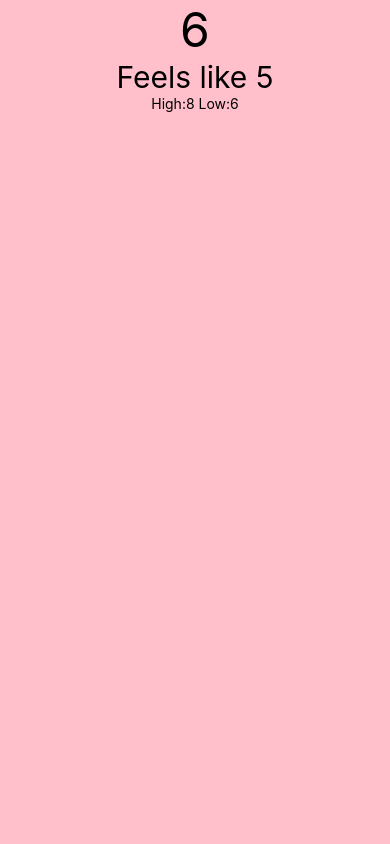
Repository: RossDee/WeatherApp
Screen: /
These files come from the project's save history. The screen is drawn as it stood at one moment and after the next save; the edit follows.
The app was drawn by React Native's web renderer in a window 390 px wide. The project was rebuilt for these pictures with package versions that can differ from the ones it lists, and the page was loaded fresh each time.

Above is the screen before, as saved 2023-10-14 20:59:53.

### App.js
import React from 'react';
import { SafeAreaView, StyleSheet, Text, View } from 'react-native';

const App = () => {
  return (
    <SafeAreaView style = {style.wrapper}>
    <View style = {style.container}>
      <Text style={style.temp} >6</Text>
      <Text style = {style.feels}>Feels like 5</Text>
      <Text style = {style.highLow}>High:8 Low:6</Text>
    </View>
    </SafeAreaView>
  )
}
const style  =StyleSheet.create({
  wrapper:{
    flex:1,
    backgroundColor:'yellow',
  },
  container:{
    backgroundColor:'pink',
    flex:1,
    alignItems:'center',
  },
  temp:{
    color:'black',
    fontSize:48,
 },
 feels:{
   color:'black',
   fontSize:30,
 }
})
export default App

After the next save:
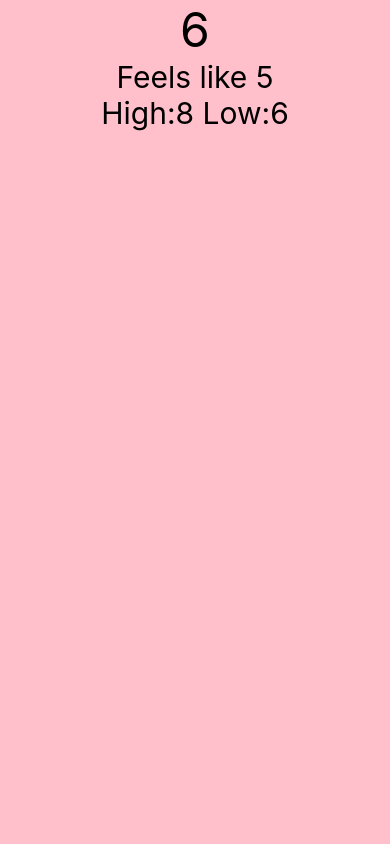
Saved 11 s later.
--- a/App.js
+++ b/App.js
@@ -29,6 +29,10 @@ const style  =StyleSheet.create({
  feels:{
    color:'black',
    fontSize:30,
- }
+ },
+  highLow:{
+    color:'black',
+    fontSize:30,
+  }
 })
 export default App
